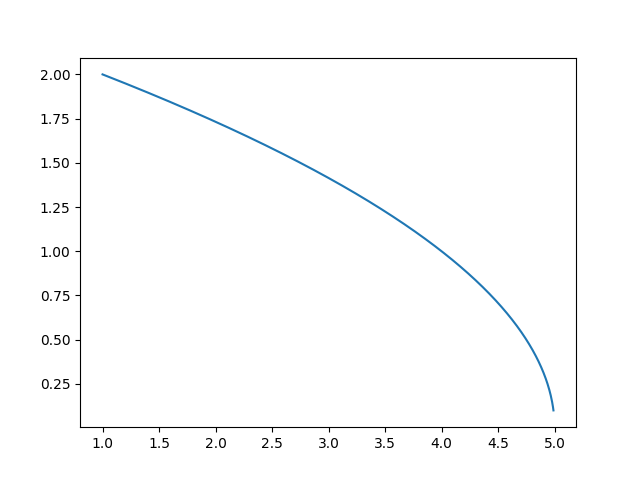
Repository: leiradom/Modified-linear-theory
Script's output: python 奇异性.py
The author's editor kept a copy of each file at every save. The script's output is drawn from the files as they stood at one save, then again after the next save.
Random numbers start from a fixed seed.

Above is the script's output before, as saved 2020-12-04 10:53:42.

After the next save:
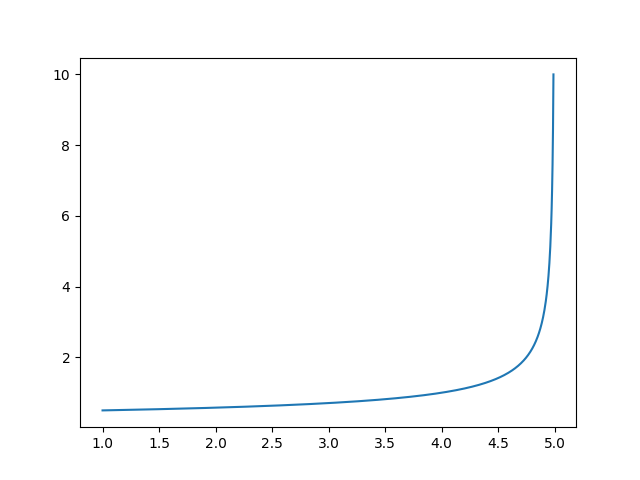
Saved 18 s later.
--- a/奇异性.py
+++ b/奇异性.py
@@ -4,6 +4,6 @@ import matplotlib.pyplot as plt
 
 
 x = np.linspace(1,4.99,1000)
-y = np.sqrt(5-x)
+y = 1 / np.sqrt(5-x)
 plt.plot(x,y)
 plt.show()
